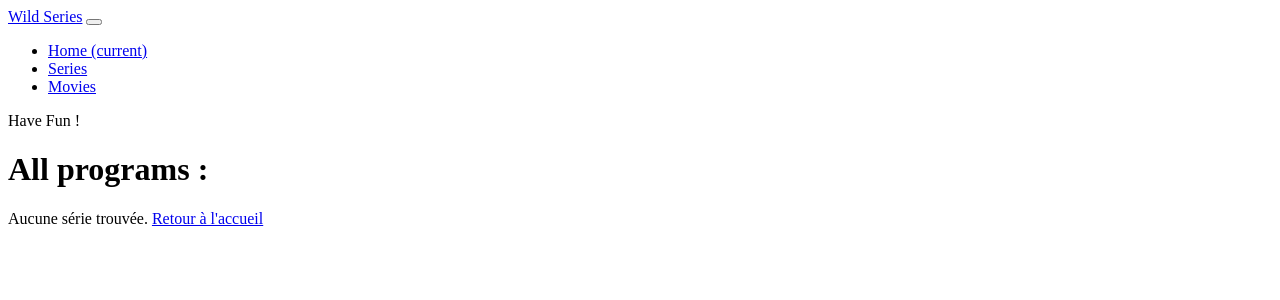
Repository: AurelieFqt/Wild-series
Page: templates/program/index.html.twig
The author's editor kept a copy of each file at every save. The page is drawn from the files as they stood at one save, then again after the next save.
The browser window is 1280 px wide. The pictures show the whole page.
The page is a Twig template of a Symfony application; nobody is signed in and links lead nowhere. Other server files are loaded and not shown. The template is opened directly, without the code that normally fills it, so the values that code supplies are empty.

Above is the page before, as saved 2020-11-29 19:00:57.

### templates/program/index.html.twig
{% extends "base.html.twig" %}

{% block title %}All programs{% endblock %}

{% block body %}
    <h1>All programs : </h1>
    {% for program in programs %}
        <div>
            <h2>{{ loop.index }} / {{ program.title }} - Catégorie : {{ program.category.name }}</h2>
            <p>{{ program.summary }}</p>
            <a href="{{ path("program_show", { id: program.id }) }}">Voir la fiche</a>
        </div>
    {% else %}
        Aucune série trouvée.
    {% endfor %}

    <a href="{{ path('app_index') }}">
        Retour à l'accueil
    </a>
{% endblock %}

### templates/base.html.twig
<!DOCTYPE html>
<html>
    <head>
        <meta charset="UTF-8">
        <link rel="icon" href="favicon.ico" />
        <title>{% block title %}Welcome!{% endblock %}</title>
        {% block stylesheets %}
            {{ encore_entry_link_tags('app') }}
        {% endblock %}
    </head>
    <body>
        {% block header %}
            {% include "program/_navbar.html.twig" %}
        {% endblock %}

        {% block body %}
        {% endblock %}
        {% block javascripts %}
            {{ encore_entry_script_tags('app') }}
        {% endblock %}
    </body>
</html>

### webpack.config.js
var Encore = require('@symfony/webpack-encore');

// Manually configure the runtime environment if not already configured yet by the "encore" command.
// It's useful when you use tools that rely on webpack.config.js file.
if (!Encore.isRuntimeEnvironmentConfigured()) {
    Encore.configureRuntimeEnvironment(process.env.NODE_ENV || 'dev');
}

Encore
    // directory where compiled assets will be stored
    .setOutputPath('public/build/')

    .copyFiles({
        from: './assets/images',
        // optional target path, relative to the output dir
        //to: 'images/[path][name].[ext]',
        // if versioning is enabled, add the file hash too
       //to: 'images/[path][name].[hash:8].[ext]',
        // only copy files matching this pattern
        //pattern: /\.(png|jpg|jpeg)$/
    })

    // public path used by the web server to access the output path
    .setPublicPath('/build')
    // only needed for CDN's or sub-directory deploy
    //.setManifestKeyPrefix('build/')

    /*
     * ENTRY CONFIG
     *
     * Add 1 entry for each "page" of your app
     * (including one that's included on every page - e.g. "app")
     *
     * Each entry will result in one JavaScript file (e.g. app.js)
     * and one CSS file (e.g. app.css) if your JavaScript imports CSS.
     */
    .addEntry('app', './assets/app.js')
    //.addEntry('page1', './assets/page1.js')
    //.addEntry('page2', './assets/page2.js')

    // When enabled, Webpack "splits" your files into smaller pieces for greater optimization.
    .splitEntryChunks()

    // will require an extra script tag for runtime.js
    // but, you probably want this, unless you're building a single-page app
    .enableSingleRuntimeChunk()

    /*
     * FEATURE CONFIG
     *
     * Enable & configure other features below. For a full
     * list of features, see:
     * https://symfony.com/doc/current/frontend.html#adding-more-features
     */
    .cleanupOutputBeforeBuild()
    .enableBuildNotifications()
    .enableSourceMaps(!Encore.isProduction())
    // enables hashed filenames (e.g. app.abc123.css)
    .enableVersioning(Encore.isProduction())

    // enables @babel/preset-env polyfills
    .configureBabelPresetEnv((config) => {
        config.useBuiltIns = 'usage';
        config.corejs = 3;
    })

    // enables Sass/SCSS support
    .enableSassLoader()

    // uncomment if you use TypeScript
    //.enableTypeScriptLoader()

    // uncomment to get integrity="..." attributes on your script & link tags
    // requires WebpackEncoreBundle 1.4 or higher
    //.enableIntegrityHashes(Encore.isProduction())

    // uncomment if you're having problems with a jQuery plugin
    //.autoProvidejQuery()

    // uncomment if you use API Platform Admin (composer req api-admin)
    //.enableReactPreset()
    //.addEntry('admin', './assets/admin.js')
;

module.exports = Encore.getWebpackConfig();

### templates/program/_navbar.html.twig
{% block header %}
  <nav class="navbar navbar-expand-lg navbar-dark bg-primary">
  <a class="navbar-brand" href="{{ path('app_index') }}">Wild Series</a>
  <button class="navbar-toggler" type="button" data-toggle="collapse" data-target="#navbarText" aria-controls="navbarText" aria-expanded="false" aria-label="Toggle navigation">
    <span class="navbar-toggler-icon"></span>
  </button>
  <div class="collapse navbar-collapse" id="navbarText">
    <ul class="navbar-nav mr-auto">
      <li class="nav-item active">
        <a class="nav-link" href="{{ path('app_index') }}">Home <span class="sr-only">(current)</span></a>
      </li>
      <li class="nav-item">
        <a class="nav-link" href="{{ path('program_index') }}">Series</a>
      </li>
      <li class="nav-item">
        <a class="nav-link" href="#">Movies</a>
      </li>
    </ul>
    <span class="navbar-text">
      Have Fun !
    </span>
  </div>
</nav>
{% endblock %}

After the next save:
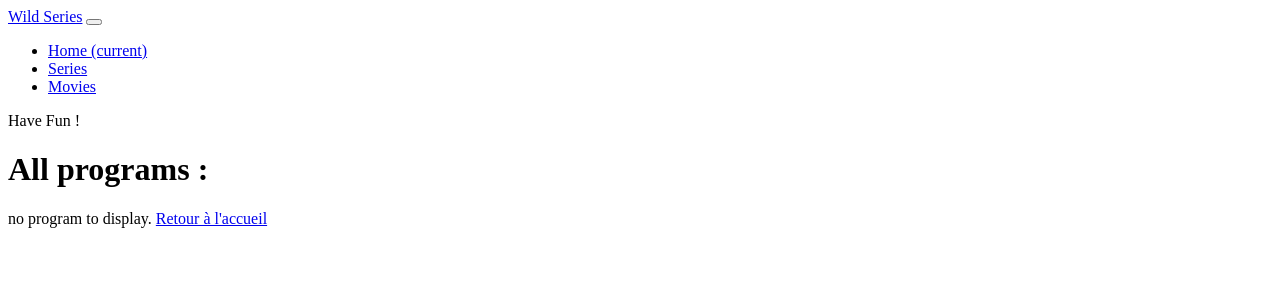
Saved 9 s later.
--- a/templates/program/index.html.twig
+++ b/templates/program/index.html.twig
@@ -11,7 +11,7 @@
             <a href="{{ path("program_show", { id: program.id }) }}">Voir la fiche</a>
         </div>
     {% else %}
-        Aucune série trouvée.
+        no program to display.
     {% endfor %}
 
     <a href="{{ path('app_index') }}">
